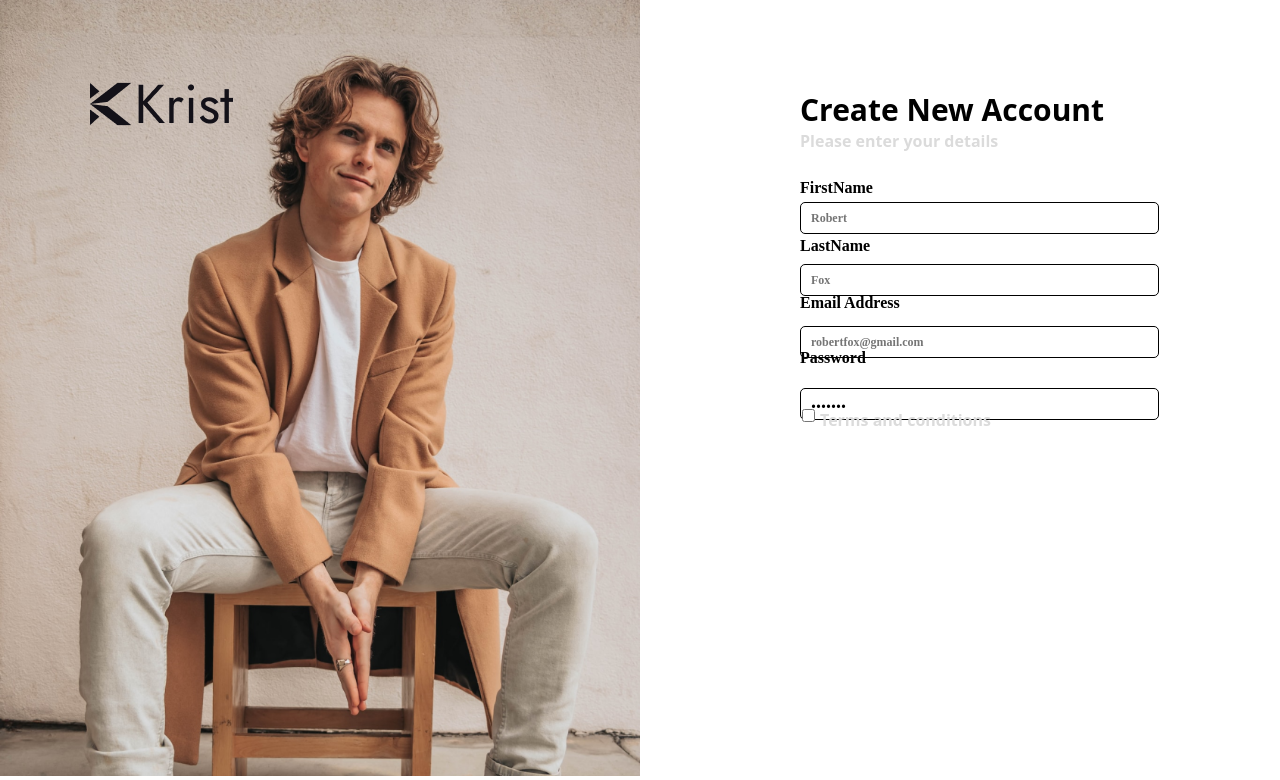
Repository: isaacCodes1/Krist-Website
Page: new-account.html
These files come from the project's save history. The page is drawn as it stood at one moment and after the next save; the edit follows.
The browser window is 1280 px wide. The pictures show the whole page.

Above is the page before, as saved 2024-04-10 14:23:48.

After the next save:
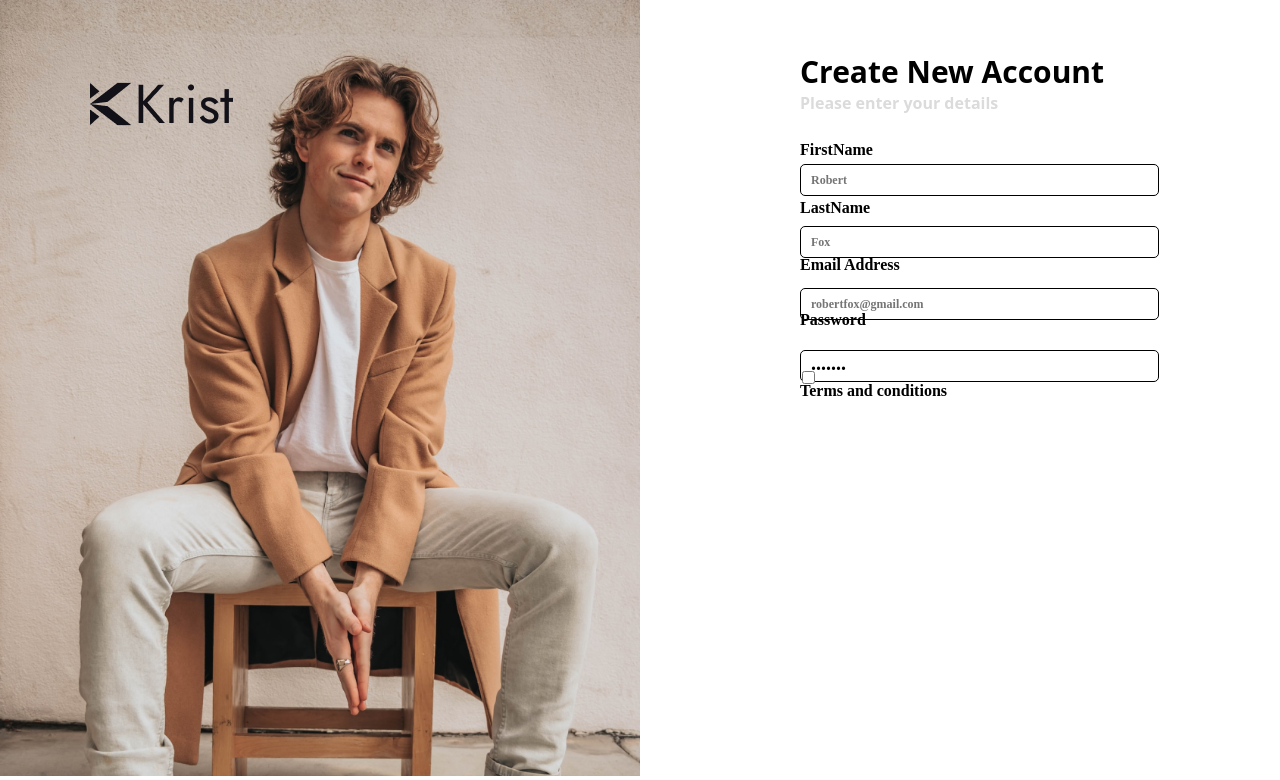
Saved 11 s later.
--- a/new-account.html
+++ b/new-account.html
@@ -27,7 +27,7 @@
         <input class="inpute" type="password" placeholder="......." id="place">
         <div class="checkboxes">
             <input class="check1" type="checkbox" name="" id="" />
-            <p  class="label2" for=""I agree to the <strong>Terms and conditions</p></strong>
+            <p  class="label2" for=""I agree to the></p> <strong>Terms and conditions</p></strong>
           </div>
       </form>
   </body>

After the save that followed:
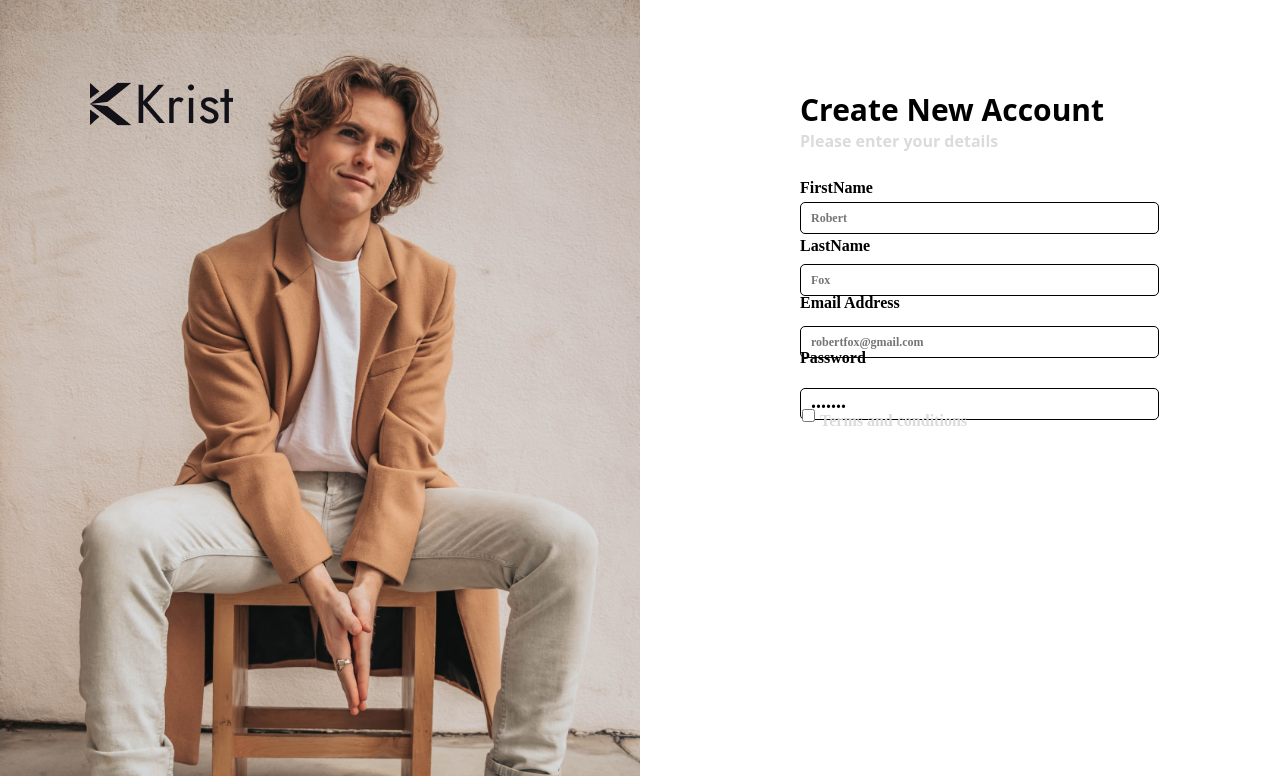
Saved 7 s later.
--- a/new-account.html
+++ b/new-account.html
@@ -27,7 +27,7 @@
         <input class="inpute" type="password" placeholder="......." id="place">
         <div class="checkboxes">
             <input class="check1" type="checkbox" name="" id="" />
-            <p  class="label2" for=""I agree to the></p> <strong>Terms and conditions</p></strong>
+            <p  class="label2" for=""I agree to the> <strong>Terms and conditions</p></strong>
           </div>
       </form>
   </body>
